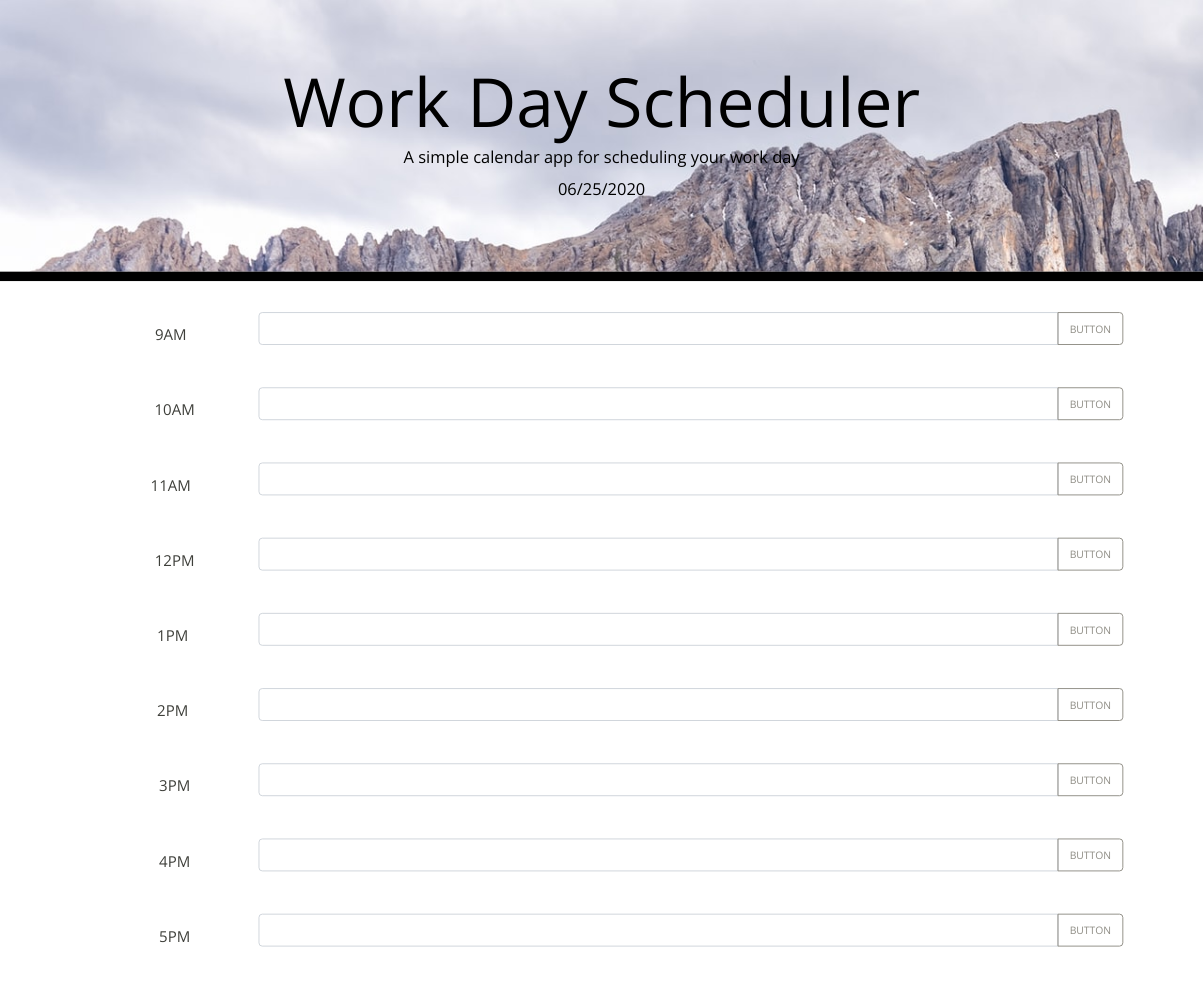
Repository: himaja830/Day-Planner
Page: Develop/index.html
An editor plug-in stored every save of this project. The page is shown before and after the next save, followed by the edit.
The browser window is 1280 px wide. The pictures show the whole page, at 94% of full size.
Some web libraries are served in a nearby version.

Above is the page before, as saved 2020-06-25 15:00:53.

After the next save:
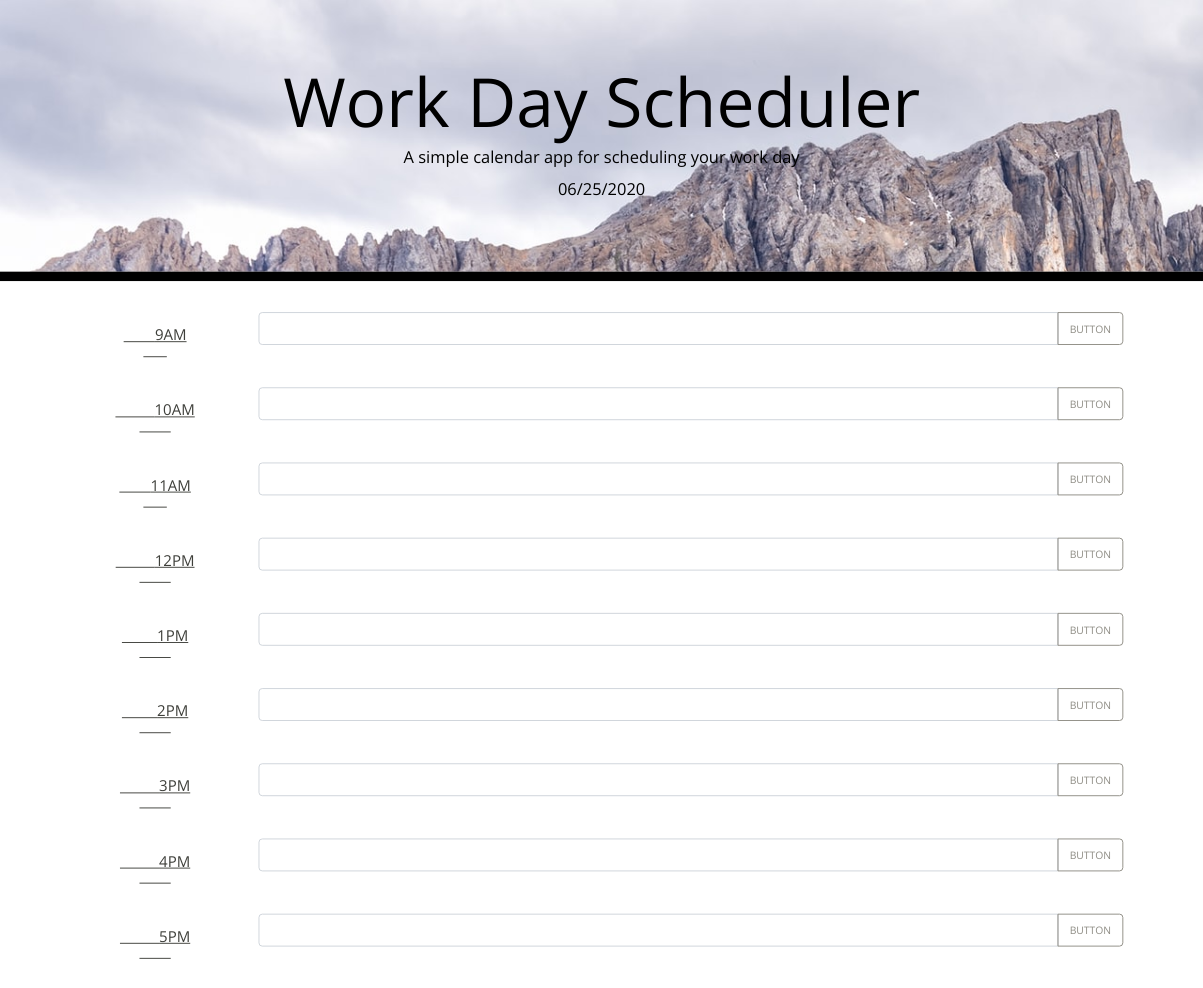
Saved 25 s later.
--- a/Develop/style.css
+++ b/Develop/style.css
@@ -68,7 +68,7 @@ textarea{
 }
 .col-2 {
   text-align: center;
-  text-decoration: solid;
+  text-decoration:underline;
 }
 
 .saveBtn i:hover {
